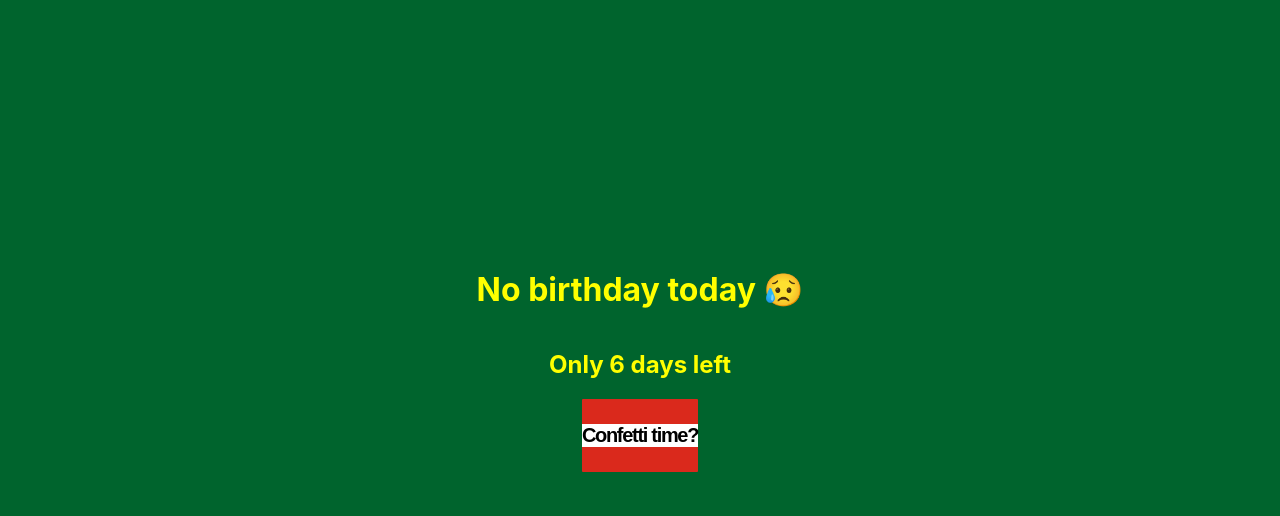
Repository: David-Waite/HannahsBirthdayWebsite
Page: /
The author's editor kept a copy of each file at every save. The page is drawn from the files as they stood at one save, then again after the next save.
The browser window is 1280 px wide. The pictures show the whole page.
The project was rebuilt for these pictures with package versions that can differ from the ones it lists, and the page was loaded fresh each time.

Above is the page before, as saved 2023-03-30 18:23:59.

After the next save:
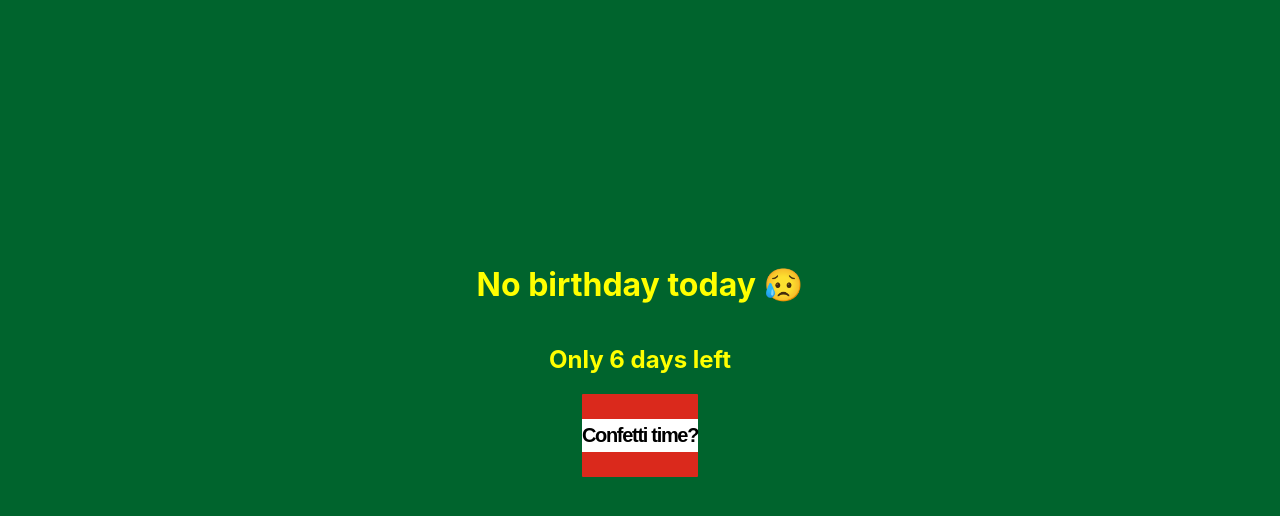
Saved 10 s later.
--- a/src/index.css
+++ b/src/index.css
@@ -30,4 +30,5 @@ button {
 }
 button p {
   background-color: white;
+  padding: 5px 0px;
 }
